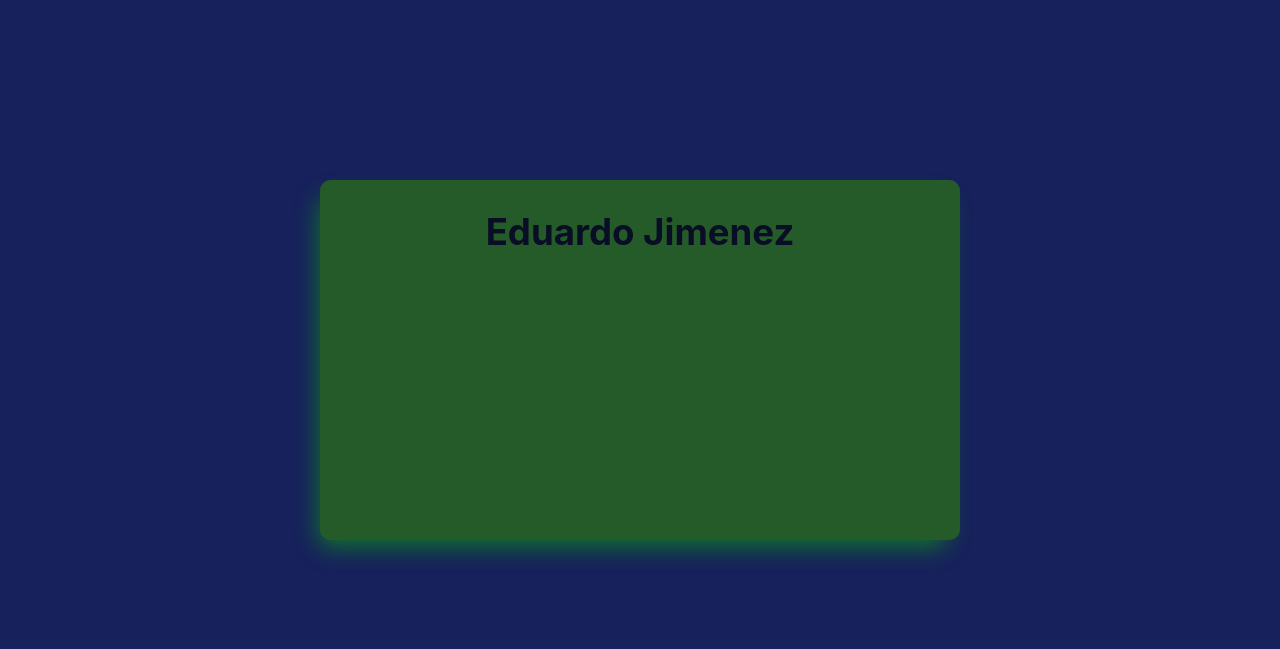
Repository: l8nightswithJS/react-my-portfolio
Page: /
These files come from the project's save history. The page is drawn as it stood at one moment and after the next save; the edit follows.
The browser window is 1280 px wide. The pictures show the whole page.
The project was rebuilt for these pictures with package versions that can differ from the ones it lists, and the page was loaded fresh each time.

Above is the page before, as saved 2021-04-23 00:03:53.

### src/App.js
import './App.css';


function App() {
  return (
    <div className="App">
      <header className="App-header">
        <section>
          <h1>Eduardo Jimenez</h1>
        </section>
      </header>
    </div>
  );
}

export default App;

### src/App.css
.App {
  height: 100vh;
  width: 100%;
  text-align: center;
  background-color: rgb(23, 33, 92);
}

section {
  position: fixed;
  top: 0;
  bottom: 0;
  left: 0;
  right: 0;
  background-color: rgb(46, 131, 7);
  height: 50vh;
  width: 50vw;
  margin: auto;
  font-size: calc(10px + 2vmin);
  color: white;
  box-shadow: -1vh 1vw 2vw -1vh rgb(12, 187, 6);
  opacity: .6;
  border-radius: 1.5vh;
}

h1 {
  color: black;
}

Loaded but not shown: public/index.html (common file); src/index.js (common file); src/index.css (common file); src/reportWebVitals.js (common file)

After the next save:
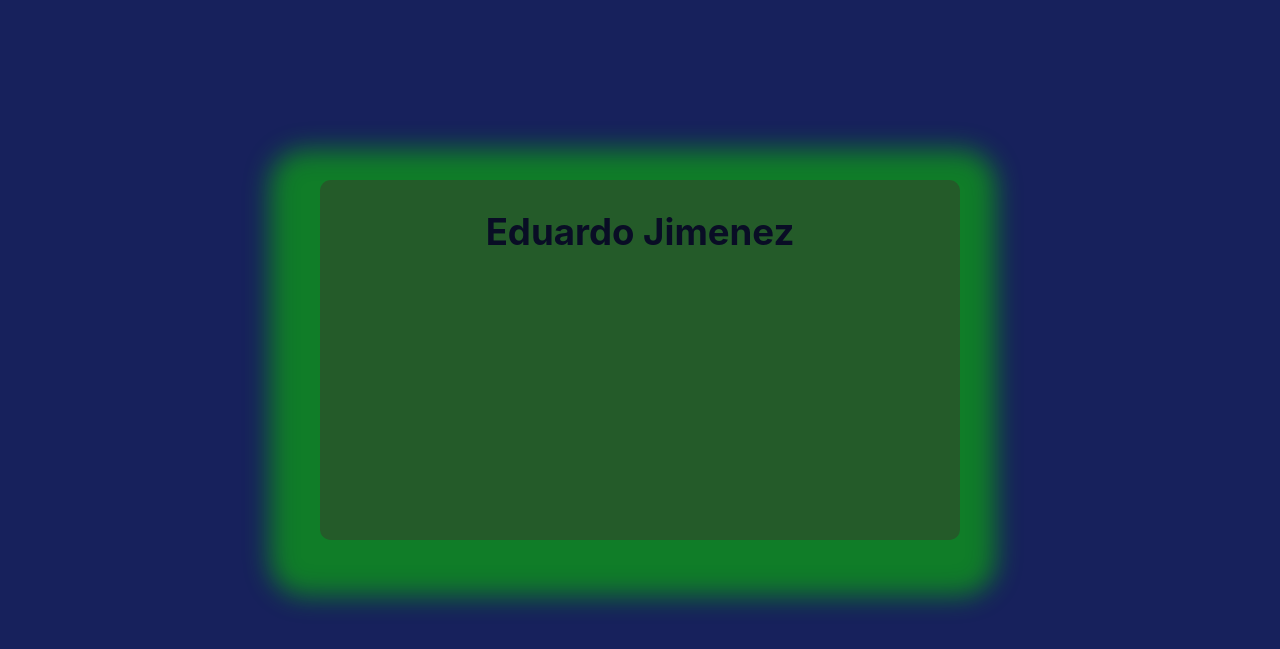
Saved 7 s later.
--- a/src/App.css
+++ b/src/App.css
@@ -17,7 +17,7 @@ section {
   margin: auto;
   font-size: calc(10px + 2vmin);
   color: white;
-  box-shadow: -1vh 1vw 2vw -1vh rgb(12, 187, 6);
+  box-shadow: -1vh 1vw 2vw 6vh rgb(12, 187, 6);
   opacity: .6;
   border-radius: 1.5vh;
 }
